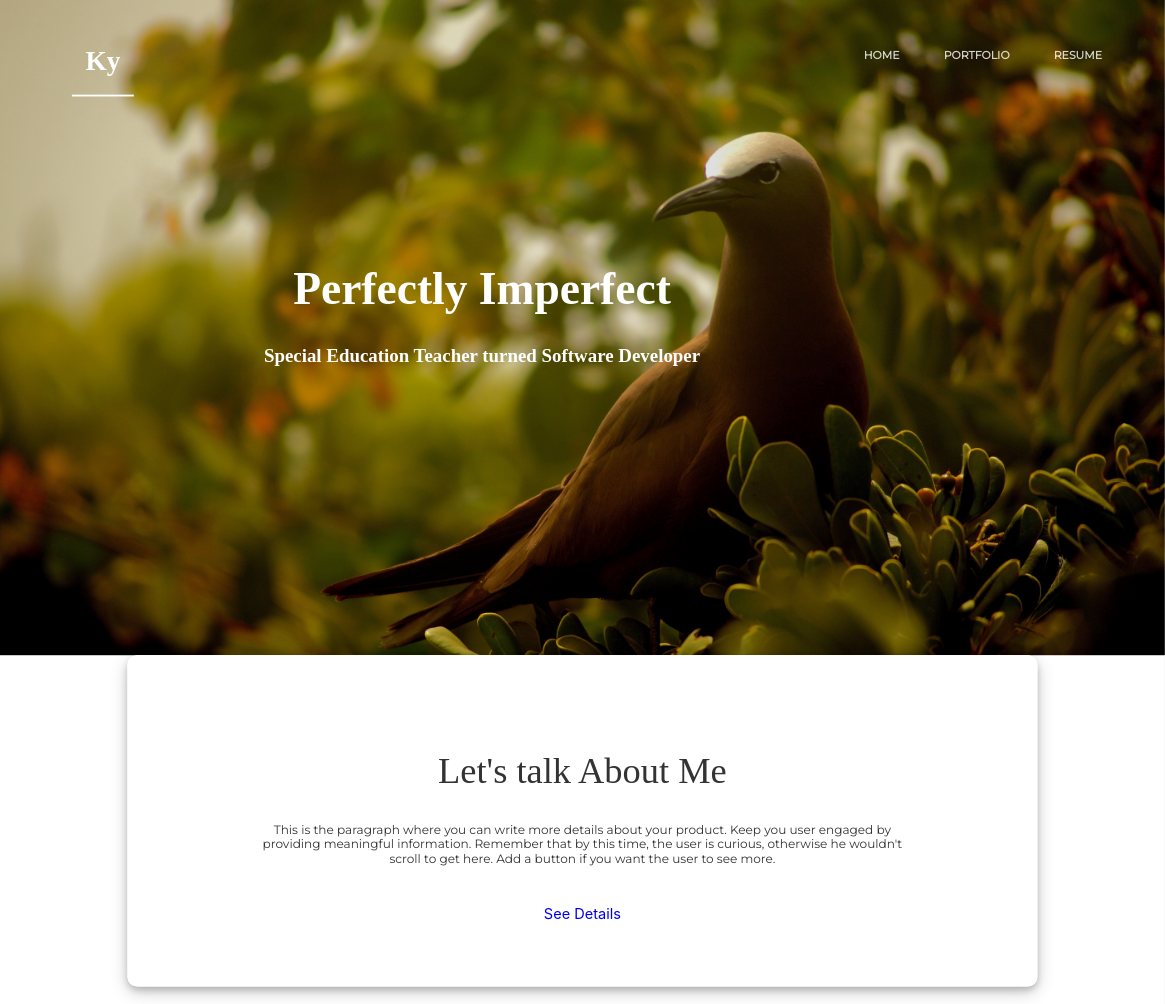
Repository: kkyler24/Perfectly-Imperfect
Page: / (app in imperfect/)
The author's editor kept a copy of each file at every save. The page is drawn from the files as they stood at one save, then again after the next save.
The browser window is 1280 px wide. The pictures show the whole page, at 91% of full size.
Backgrounds fixed to the window are drawn as part of the page. Some web fonts or font styles are not loaded; a fallback is used. The project was rebuilt for these pictures with package versions that can differ from the ones it lists, and the page was loaded fresh each time.

Above is the page before, as saved 2020-08-06 12:07:35.

### imperfect/public/index.html
<!DOCTYPE html>
<html lang="en">
  <head>
    <meta charset="utf-8" />
    <link rel="icon" href="%PUBLIC_URL%/favicon.ico" />
    <meta name="viewport" content="width=device-width, initial-scale=1" />
    <meta name="theme-color" content="#000000" />
    <meta
      name="description"
      content="Web site created using create-react-app"
    />
    <link rel="apple-touch-icon" href="%PUBLIC_URL%/logo192.png" />

    <link rel="manifest" href="%PUBLIC_URL%/manifest.json" />

    <link
      href="https://fonts.googleapis.com/css2?family=Montserrat&family=Petit+Formal+Script&display=swap"
      rel="stylesheet"
    />

    <title>React App</title>
  </head>
  <body>
    <noscript>You need to enable JavaScript to run this app.</noscript>
    <div id="root"></div>
  </body>
</html>

### imperfect/src/App.js
import React from "react";
import logo from "./logo.svg";
import "./App.css";
import Nav from "./Components/navbarComponent/navbar.js";
import PGHeader from "./Components/Headerindex/header.js";
import AboutMe from "./Components/aboutMeIndex/aboutme.js";

function App() {
  return (
    <div className="App">
      <Nav />
      <PGHeader />
      <AboutMe />
    </div>
  );
}

export default App;

### imperfect/src/App.css
body {
  color: #66615b;
  font-size: 16px;
  box-sizing: border-box;
  display: block;
}

### imperfect/src/Components/navbarComponent/navbar.js
import React from "react";
import "./navbar.css";

function NavBar() {
  return (
    <div>
      <nav
        color-on-scroll="300"
        class="fixed-top navbar-transparent navbar navbar-expand-lg"
      >
        <div class="container-fluid">
          <div class="navbar-translate">
            <a
              id="Kytitle"
              data-placement="bottom"
              target="_blank"
              title="Coded by Creative Tim"
              class="navbar-brand"
              href="#/index"
            >
              Ky
            </a>
            <button aria-expanded="false" class="navbar-toggler navbar-toggler">
              <span class="navbar-toggler-bar bar1"></span>
              <span class="navbar-toggler-bar bar2"></span>
              <span class="navbar-toggler-bar bar3"></span>
            </button>
          </div>
          <div class="justify-content-end collapse navbar-collapse">
            <ul class="navbar-nav">
              <li class="nav-item">
                <a
                  data-placement="bottom"
                  href="https://www.linkedIn"
                  target="_blank"
                  title="Let's connect on LinkedIn"
                  class="nav-link"
                >
                  {/* <i class="fa fa-linkedIn"></i> */}
                </a>
              </li>
              <li class="nav-item">
                <a
                  data-placement="bottom"
                  href="https://www.linkedIn"
                  target="_blank"
                  title="Let's connect on LinkedIn"
                  class="nav-link"
                >
                  {/* <i class="fa fa-linkedIn"></i> */}
                </a>
              </li>
              <li class="nav-item">
                <a
                  data-placement="bottom"
                  href="https://twitter.com/CreativeTim?ref=creativetim"
                  target="_blank"
                  title="Follow us on Twitter"
                  class="nav-link"
                >
                  {/* <i class="fa fa-twitter"></i> */}
                  <p class="d-lg-none"></p>
                </a>
                <li class="nav-item mr-2rem">
                  <a
                    data-placement="bottom"
                    href="https://www.github.com/CreativeTimOfficial?ref=creativetim"
                    target="_blank"
                    title="Star on GitHub"
                    class="nav-link"
                  >
                    {/* <i class="fa fa-github"></i> */}
                    <p class="d-lg-none"></p>
                  </a>
                </li>
              </li>
              <li class="nav-item">
                <a class="nav-link" href="#/index">
                  <i class="nc-icon nc-layout-11"></i> Home
                </a>
              </li>
              <li class="nav-item">
                <a class="nav-link" href="#/index">
                  <i class="nc-icon nc-layout-11"></i> Portfolio
                </a>
              </li>
              <li class="nav-item">
                <a target="_blank" class="nav-link" href="#/documentation">
                  <i class="nc-icon nc-book-bookmark"></i> Resume
                </a>
              </li>

              <li class="nav-item">
                <a
                  data-placement="bottom"
                  href="https://www.github.com/CreativeTimOfficial?ref=creativetim"
                  target="_blank"
                  title="Star on GitHub"
                  class="nav-link"
                >
                  {/* <i class="fa fa-github"></i> */}
                  <p class="d-lg-none"></p>
                </a>
              </li>
            </ul>
          </div>
        </div>
      </nav>
    </div>
  );
}
export default NavBar;

### imperfect/src/Components/Headerindex/header.js
import React from "react";
import "./Indexheader.css";

function PageHeader(props) {
  return (
    <div id="background" className="page-header" data-parallax="true">
      <div className="filter"></div>
      <div className="headerContainer">
        <div className="motto text-center">
          <h1 id="JumboHeaderTitle">Perfectly Imperfect</h1>
          <h5>Special Education Teacher turned Software Developer</h5>
          <br />
        </div>
      </div>
    </div>
  );
}
export default PageHeader;

### imperfect/src/Components/aboutMeIndex/aboutme.js
import React from "react";
import "./aboutme.css";

function Aboutme() {
  return (
    <div className=" card aboutMain">
      <div className="sectionAB text-center">
        <div className="ABcontainer">
          <div class="row">
            <div class="ml-auto mr-auto col-md-8">
              <h2 class="titleAB">Let's talk About Me</h2>
              <h5 class="descriptionAB">
                This is the paragraph where you can write more details about
                your product. Keep you user engaged by providing meaningful
                information. Remember that by this time, the user is curious,
                otherwise he wouldn't scroll to get here. Add a button if you
                want the user to see more.
              </h5>
              <br />
              <a href="#pablo" class="btn-round btn btn-info">
                See Details
              </a>
            </div>
          </div>
        </div>
      </div>
    </div>
  );
}
export default Aboutme;

### imperfect/src/Components/navbarComponent/navbar.css
/* navbar */
#Kytitle {
  font-family: "Petit Formal Script", cursive;
  font-size: 30px;
  color: #fff;
  border-bottom: solid 2px rgb(255, 255, 255);
  text-transform: capitalize;
}

.navbar.navbar-transparent {
  background: transparent !important;
  padding-top: 25px;
  box-shadow: none;
}

.navbar.navbar-transparent .navbar-brand {
  color: rgb(20, 3, 3);
}

.navbar .navbar-brand {
  font-weight: 600;
  margin: 5px 0;
  padding: 20px 15px;
  font-size: 14px;
  text-transform: uppercase;
}

.navbar-nav {
  display: flex;
  flex-direction: column;
  padding-left: 0;
  margin-bottom: 0;
  list-style: none;
}
.navbar-brand {
  display: inline-block;
  padding-top: 0.3125rem;
  padding-bottom: 0.3125rem;
  margin-right: 1rem;
  font-size: 1.25rem;
  line-height: inherit;
  white-space: nowrap;
}

.navbar {
  border: 0;
  font-size: 14px;
  padding: 0;
  font-family: "Montserrat", "Helvetica", Arial, sans-serif;
  font-weight: 300;
  align-items: center;
  display: flex;
}
.navbar > .container-fluid {
  display: flex;
  flex-wrap: wrap;
  align-items: center;
  justify-content: space-between;
}

.nav-link {
  display: block;
}

.navbar-toggler {
  padding: 0.25rem 0.75rem;
  font-size: 1.25rem;
  line-height: 1;
  background-color: transparent;
  border: 1px solid transparent;
  border-radius: 0.25rem;
}
button {
  text-transform: none;
  overflow: visible;
  -webkit-font-smoothing: antialiased;
  font-family: "Montserrat", "Helvetica", Arial, sans-serif;
  font-weight: 300;
  margin: 0;
  text-rendering: auto;
  color: -internal-light-dark(buttontext, rgb(170, 170, 170));
  letter-spacing: normal;
  word-spacing: normal;
  text-indent: 0px;
  text-shadow: none;
  display: inline-block;
  text-align: center;
  align-items: flex-start;
  font: 400 13.3333px Arial;
}
.navbar .navbar-toggler .navbar-toggler-bar {
  display: block;
  position: relative;
  width: 24px;
  height: 2px;
  border-radius: 1px;
  margin: 0 auto;
}

.navbar.navbar-transparent .navbar-toggler .navbar-toggler-bar {
  background: #fff !important;
}

.navbar-transparent .navbar-nav .nav-item .nav-link:not(.btn) {
  color: #fff;
  border-color: #fff;
}

.navbar .navbar-toggler .navbar-toggler-bar + .navbar-toggler-bar {
  margin-top: 4px;
}

.navbar .navbar-nav .nav-item .nav-link {
  line-height: 1.6;
  margin: 15px 3px;
  padding: 10px 15px;
  opacity: 0.8;
  font-size: 12px;
  text-transform: uppercase;
  font-weight: 600;
}

.navbar .navbar-nav .nav-item .nav-link p {
  margin: 0;
  text-transform: uppercase;
  font-weight: 600;
  font-size: 12px;
  line-height: 1.5em;
  padding: 15px 0;
}

button:not(:disabled) {
  cursor: pointer;
}

.container-fluid {
  width: 100%;
  padding-right: 15px;
  padding-left: 15px;
  margin-right: 0%;
  margin-left: 5%;
}

.fixed-top {
  position: fixed;
  right: 0;
  left: 0;
  z-index: 1030;
  /* not needed for fixed bottom */
  top: 0;
}

a {
  text-decoration: none;
  background-color: transparent;
}

.collapse:not(.show) {
  display: none;
}

.justify-content-end,
ul {
  justify-content: flex-end !important;
}

.navbar-collapse {
  flex-basis: 100%;
  flex-grow: 1;
  align-items: center;
}

ul {
  margin-top: 0;
}

.navbar .navbar-nav .nav-item .nav-link [class^="fa"] {
  font-size: 17px;
  position: relative;
  right: 5px;
}
.fa {
  width: 18px;
  text-align: center;
}
.fa {
  display: inline-block;
  font: normal normal normal 14px/1 FontAwesome;
  text-rendering: auto;
  -webkit-font-smoothing: antialiased;
}

.nc-icon {
  display: inline-block;
  font: normal normal normal 14px/1 "nucleo-icons";
  font-size: inherit;
  text-transform: none;
  -webkit-font-smoothing: antialiased;
}

.nc-layout-11:before {
  content: "\ea36";
}

.nc-book-bookmark:before {
  content: "\ea0f";
}

.fa-github:before {
  content: "\f09b";
}

:before {
  box-sizing: border-box;
}

.navbar .navbar-collapse .nav-item .nav-link p {
  display: inline;
}

/* media Q navbar */
@media (min-width: 992px) {
  .navbar-expand-lg {
    flex-flow: row nowrap;
    justify-content: flex-start;
  }
  .navbar {
    justify-content: space-between;
  }
}
/* Li */
@media (min-width: 992px) {
  .navbar-expand-lg .navbar-nav {
    flex-direction: row;
  }
}
@media screen and (max-width: 991px) {
  .navbar-collapse ul {
    position: relative;
    z-index: 3;
    height: 95%;
  }
}

@media screen and (max-width: 991px) {
  .navbar-collapse .navbar-nav > .nav-item > .nav-link {
    color: #9a9a9a !important;
  }
}

@media screen and (max-width: 991px) {
  .navbar-collapse {
    position: fixed;
    display: block !important;
    top: 0;
    width: 230px;
    right: 0;
    z-index: 1032;
    visibility: visible;
    background-color: #999;
    overflow-y: visible;
    border-top: none;
    text-align: left;
    border-left: 1px solid #ccc5b9;
    padding-right: 0;
    padding-left: 40px;
    padding-top: 15px;
    transform: translateX(230px);
    transition: all 0.33s cubic-bezier(0.685, 0.0473, 0.346, 1);
  }
}

@media (max-width: 991.98px) {
  .navbar-expand-lg > .container-fluid {
    padding-right: 0;
    padding-left: 0;
  }
}

@media (min-width: 768px) {
  .container-fluid {
    max-width: 720px;
  }
}

@media (min-width: 992px) {
  .container-fluid {
    max-width: 100%;
  }
}

@media screen and (max-width: 991px) {
  .navbar-translate {
    width: 100%;
    position: relative;
    display: flex;
    justify-content: space-between !important;
    align-items: center;
    transform: translateX(0);
    transition: all 0.33s cubic-bezier(0.685, 0.0473, 0.346, 1);
  }
}

@media (min-width: 992px) {
  .navbar-expand-lg .navbar-toggler {
    display: none;
  }
}

@media screen and (max-width: 991px) {
  .navbar-collapse {
    height: 100% !important;
  }
}

@media (min-width: 992px) {
  .navbar-expand-lg .navbar-collapse {
    display: flex !important;
    flex-basis: auto;
  }
}
/*
@media (min-width: 576px) {
  .container-fluid {
    max-width: 540px;
  }
} */

@media (min-width: 992px) {
  .navbar-expand-lg > .container-fluid {
    flex-wrap: nowrap;
  }
}

### imperfect/src/Components/Headerindex/Indexheader.css
#background {
  background-image: url("../../Assets/imgs/brownnoodyGreatbirdisland.jpg");
  background-attachment: fixed;
  background-repeat: no-repeat;
  background-size: cover;
  height: 700px;
}

.page-header {
  background-position: 50%;
  background-size: cover;
  min-height: 100vh;
  max-height: 999px;
  overflow: hidden;
  position: relative;
  width: 100%;
  z-index: 1;
  display: flex;
  align-items: center;
  justify-content: center;
}

.page-header .filter:after {
  background-color: rgba(0, 0, 0, 0.125);
  content: "";
  display: block;
  height: 100%;
  left: 0;
  top: 0;
  position: absolute;
  width: 100%;
  z-index: 1;
}

.page-header .motto {
  z-index: 3;
  color: #fff;
  position: relative;
  width: max-content;
}

.headerContainer {
  font-family: "Petit Formal Script", cursive;
  display: inline-flex;
  width: 100%;
  /* font-weight: 200; */
  padding-right: 15px;
  padding-left: 15px;
  margin-right: auto;
  margin-left: auto;
  font-size: 50px;
  max-width: 700px !important;
}

.text-center {
  text-align: center !important;
}
div {
  display: block;
}

h1 {
  display: block;
  font-size: 2em;
  margin-block-start: 0.67em;
  margin-block-end: 0.67em;
  margin-inline-start: 0px;
  margin-inline-end: 0px;
  font-weight: bold;
}
@media (max-width: 450px) and (min-width: 280px) {
  #JumboHeaderTitle {
    width: 300px;
    margin: auto;
    font-size: 20px;
    text-align: center;
  }
}
/*
@media (max-width: 570px) and (min-width: 280px) {
  #JumboHeaderTitle {
    width: 400px;
    margin: auto;
    font-size: 20px;
    text-align: center;
  }
} */

/* media Q */
@media (min-width: 992px) {
  .headerContainer {
    max-width: 960px;
  }
}

@media (min-width: 768px) {
  .headerContainer {
    max-width: 720px;
  }
}

@media (min-width: 576px) {
  .headerContainer {
    max-width: 540px;
    font-size: 25px;
  }
}

@media (max-width: 576px) {
  .headerContainer {
    display: flex;
    flex-wrap: wrap;
    max-width: 540px !important;
    font-size: 20px;
    text-align: center;
  }
}

### imperfect/src/Components/aboutMeIndex/aboutme.css
.aboutMain .section:first-of-type {
  position: relative;
  z-index: 3;
  position: relative;
  background: #ffffff;
  margin: -60px 30px 0px;
  box-shadow: 0 16px 24px 2px rgba(0, 0, 0, 0.14),
    0 6px 30px 5px rgba(0, 0, 0, 0.12), 0 8px 10px -5px rgba(0, 0, 0, 0.2);
  border-radius: 6px;
  padding: 70px 0;
}

.card,
.aboutMain {
  width: 700px;
  border-radius: 12px;
  box-shadow: 0 4px 8px 0 rgba(0, 0, 0, 0.2), 0 6px 20px 0 rgba(0, 0, 0, 0.19);
  text-align: center;
  background-color: #fff;
  color: #333;
  margin-bottom: 20px;
  position: relative;
  z-index: 3;
  border: 0;
  transition: transform 0.3s cubic-bezier(0.34, 2, 0.6, 1), box-shadow 0.2s ease;
  display: flex;
  flex-direction: column;
  min-width: 0;
  background-clip: border-box;
  /* border: 1px solid rgba(0, 0, 0, 0.25); */
  /* border-radius: 20px; */
  margin-left: auto;
  margin-right: auto;
}

.sectionAB {
  padding: 70px 0;
  background-color: #fff;
  border-radius: 10px;
}

.text-center {
  text-align: center !important;
}

.titleAB {
  font-family: "Petit Formal Script", cursive;
  font-weight: lighter;
  font-size: 40px;
}

.descriptionAB {
  font-family: "Montserrat", sans-serif;
  font-weight: lighter;
}

.ABcontainer {
  width: 100%;
  margin-right: auto;
  margin-left: auto;
}

row {
  display: flex;
  flex-wrap: wrap;
  margin-right: -15px;
  margin-left: -15px;
}

@media (min-width: 768px) {
  .ABcontainer {
    max-width: 720px;
  }
}

@media (max-width: 992px) {
  .sectionAB {
    max-width: 700px;
  }
}

@media (min-width: 992px) {
  .sectionAB,
  .aboutMain {
    width: 1000px;
  }
}

Loaded but not shown: imperfect/src/index.js (common file); imperfect/src/index.css (common file); imperfect/src/serviceWorker.js (common file)

After the next save:
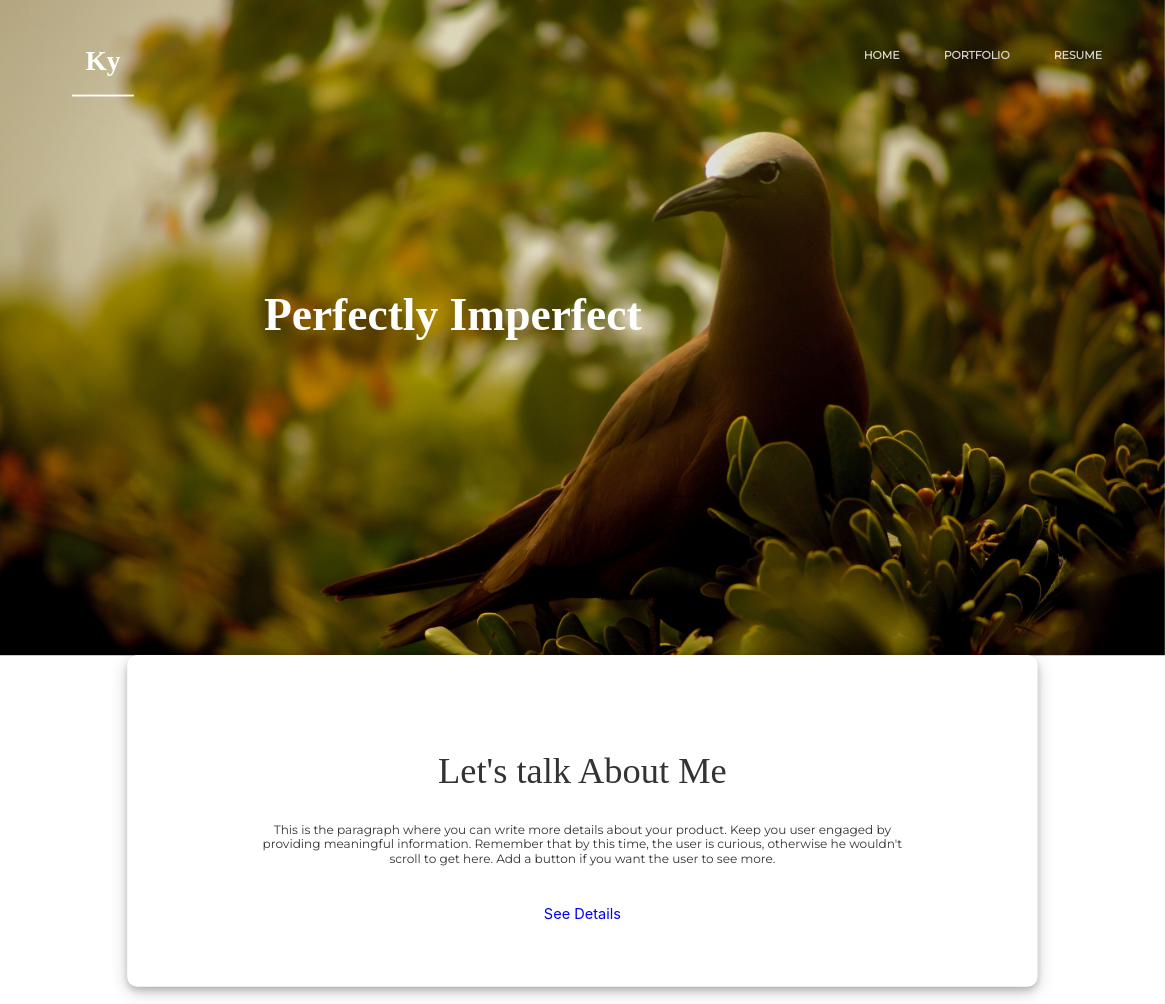
Saved 26 s later.
--- a/imperfect/src/Components/Headerindex/header.js
+++ b/imperfect/src/Components/Headerindex/header.js
@@ -8,7 +8,6 @@ function PageHeader(props) {
       <div className="headerContainer">
         <div className="motto text-center">
           <h1 id="JumboHeaderTitle">Perfectly Imperfect</h1>
-          <h5>Special Education Teacher turned Software Developer</h5>
           <br />
         </div>
       </div>
